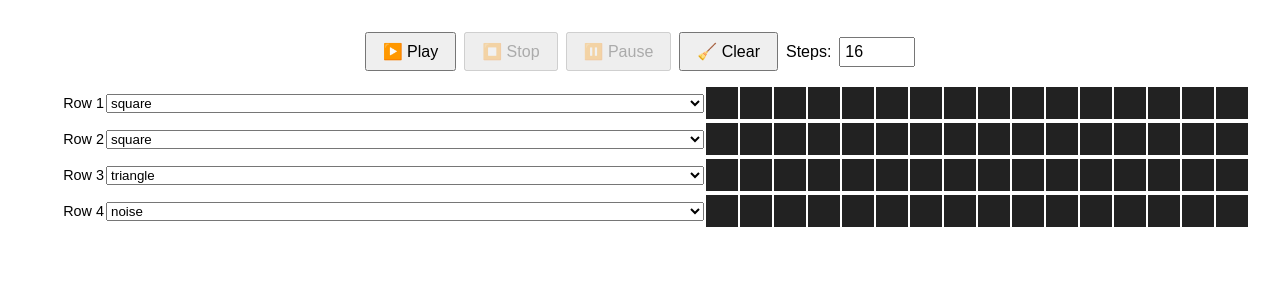
Repository: Aldentec/8-bit-Composer
Page: index.html
The author's editor kept a copy of each file at every save. The page is drawn from the files as they stood at one save, then again after the next save.
The browser window is 1280 px wide. The pictures show the whole page.
Some web libraries are served in a nearby version.

Above is the page before, as saved 2025-05-28 08:58:57.

### index.html
<!DOCTYPE html>
<html lang="en">
<head>
  <meta charset="UTF-8">
  <title>Modular 8-Bit Sequencer</title>
  <link rel="stylesheet" href="style.css">
</head>
<body>
    <div id="controls">
        <button id="play">▶️ Play</button>
        <button id="stop">⏹️ Stop</button>
        <button id="pause">⏸️ Pause</button>
        <button id="clear">🧹 Clear</button>

        <label for="steps-input">Steps:</label>
        <input id="steps-input" type="number" min="1" value="16" style="width:4rem;">
    </div>


  <div id="grid"></div>

  <!-- Tone.js as global, then our modules -->
  <script src="node_modules/tone/build/Tone.js"></script>
  <script type="module" src="js/main.js"></script>
</body>
</html>

### style.css
body {
  font-family: sans-serif;
  margin: 2rem;
  text-align: center;
}

#grid {
  display: flex;
  flex-direction: column;
  gap: 4px;
  margin-top: 1rem;

  /* enable horizontal scrolling when rows get wider than the viewport */
  overflow-x: auto;
  padding-bottom: 0.5rem;
}


/* 2) Each row is itself a grid: [label][cell×16] */
.grid-row {
  display: grid;
  grid-template-columns: 4.5rem repeat(16, 2rem);
  gap: 2px;
  align-items: center;
}

/* 3) Label column styling */
.row-label {
  text-align: right;
  font-size: 0.9rem;
  user-select: none;
}

/* 4) Your cell styles */
.cell {
  width: 2rem;
  height: 2rem;
  background: #222;
  cursor: pointer;
}
.cell.active {
  background: #4caf50;
}

#controls {
  display: flex;
  gap: 0.5rem;
  justify-content: center;
  align-items: center;
  margin-bottom: 1rem;
}
#controls button {
  padding: 0.5rem 1rem;
  font-size: 1rem;
}
#controls input[type="number"] {
  padding: 0.25rem;
  font-size: 1rem;
}

### js/main.js
import { initGrid, clearGrid }            from './grid.js';
import { createVoices }                   from './voices.js';
import { initSequencer }                  from './sequencer.js';

document.addEventListener('DOMContentLoaded', () => {
  const instrumentNames = ['square','square','triangle','noise'];

  // Control elements
  const playBtn   = document.getElementById('play');
  const pauseBtn  = document.getElementById('pause');
  const stopBtn   = document.getElementById('stop');
  const clearBtn  = document.getElementById('clear');
  const stepsIn   = document.getElementById('steps-input');

  let voices;  // will hold our trigger fns

  // Build or rebuild everything
  function build(steps) {
    // 1) Draw grid
    initGrid('grid', instrumentNames, steps);

    // 2) Build voices
    voices = createVoices();

    // 3) Cancel previous schedules & reset
    Tone.Transport.stop();
    Tone.Transport.cancel();
    Tone.Transport.position = 0;

    // 4) Init sequencer
    initSequencer(voices, /* bpm= */120);

    // 5) Reset button states
    playBtn.disabled = false;
    pauseBtn.disabled = true;
    stopBtn.disabled  = true;
  }

  // Initial build at default steps
  build(Number(stepsIn.value));

  // ▶️ Play: always start from beginning
  playBtn.addEventListener('click', async () => {
    await Tone.start();
    Tone.Transport.stop();
    Tone.Transport.position = 0;
    Tone.Transport.start();

    playBtn.disabled  = true;
    pauseBtn.disabled = false;
    stopBtn.disabled  = false;
  });

  // ⏸️ Pause: freeze at current position
  pauseBtn.addEventListener('click', () => {
    Tone.Transport.pause();

    playBtn.disabled  = false; // allow resume from start
    pauseBtn.disabled = true;
    stopBtn.disabled  = false;
  });

  // ⏹️ Stop: stop & reset to 0
  stopBtn.addEventListener('click', () => {
    Tone.Transport.stop();
    Tone.Transport.position = 0;

    playBtn.disabled  = false;
    pauseBtn.disabled = true;
    stopBtn.disabled  = true;
  });

  // 🧹 Clear: reset grid and playhead
  clearBtn.addEventListener('click', () => {
    clearGrid();
    Tone.Transport.stop();
    Tone.Transport.position = 0;

    playBtn.disabled  = false;
    pauseBtn.disabled = true;
    stopBtn.disabled  = true;
  });

  // 🔢 Steps input: rebuild on change
  stepsIn.addEventListener('change', () => {
    const s = Math.max(1, Number(stepsIn.value) || 1);
    build(s);
  });
});

### js/grid.js
// js/grid.js

// Sequencer dimensions and state (will be set in initGrid)
export let STEPS    = 16;
export let CHANNELS = 0;
export let gridState = [];

// Available instrument types
const SOUND_OPTIONS = [
  'square',
  'triangle',
  'noise',
  'drum-kick',
  'drum-snare'
];

/**
 * Renders a labeled, selectable, scrollable sequencer grid.
 *
 * @param {string} containerId       id of the <div> to fill
 * @param {string[]} instrumentNames initial instrument type per row
 * @param {number} steps             number of columns (length of your song)
 */
export function initGrid(containerId, instrumentNames = [], steps = 16) {
  CHANNELS = instrumentNames.length;
  STEPS    = steps;

  // rebuild the on/off state
  gridState = Array.from(
    { length: CHANNELS },
    () => Array(STEPS).fill(false)
  );

  const container = document.getElementById(containerId);
  container.innerHTML = '';

  instrumentNames.forEach((initialType, row) => {
    // wrapper for label + dropdown + cells
    const rowEl = document.createElement('div');
    rowEl.className = 'grid-row';
    // layout: label (4.5rem) + dropdown (auto) + STEPS * 2rem
    rowEl.style.gridTemplateColumns = `4.5rem auto repeat(${STEPS}, 2rem)`;

    // 1) Instrument label
    const label = document.createElement('div');
    label.className = 'row-label';
    label.textContent = `Row ${row + 1}`;
    rowEl.append(label);

    // 2) Dropdown to select instrument
    const select = document.createElement('select');
    select.className = 'instrument-select';
    SOUND_OPTIONS.forEach(type => {
      const option = document.createElement('option');
      option.value = type;
      option.textContent = type;
      if (type === initialType) option.selected = true;
      select.append(option);
    });
    select.addEventListener('change', e => {
      const newType = e.target.value;
      // notify other parts of the app that this row’s instrument changed
      document.dispatchEvent(new CustomEvent('instrumentChanged', {
        detail: { row, type: newType }
      }));
    });
    rowEl.append(select);

    // 3) Sequencer cells
    for (let step = 0; step < STEPS; step++) {
      const cell = document.createElement('div');
      cell.className = 'cell';
      cell.dataset.row  = row;
      cell.dataset.step = step;
      cell.addEventListener('click', () => {
        gridState[row][step] = !gridState[row][step];
        cell.classList.toggle('active', gridState[row][step]);
      });
      rowEl.append(cell);
    }

    container.append(rowEl);
  });
}

/**
 * Clears all active steps in both state and UI.
 */
export function clearGrid() {
  gridState.forEach(rowArr => rowArr.fill(false));
  document.querySelectorAll('.cell.active')
          .forEach(cell => cell.classList.remove('active'));
}

### js/voices.js
/**
 * Returns an array of trigger-functions
 * in the same order as your rows.
 */
export function createVoices() {
  const osc1 = new Tone.Oscillator(440, 'square').toDestination();
  const osc2 = new Tone.Oscillator(330, 'square').toDestination();
  const osc3 = new Tone.Oscillator(220, 'triangle').toDestination();
  const noise = new Tone.NoiseSynth({
    noise:    { type: 'white' },
    envelope: { attack: 0.001, decay: 0.2, sustain: 0 }
  }).toDestination();

  return [
    time => { osc1.start(time); osc1.stop(time + 0.1); },
    time => { osc2.start(time); osc2.stop(time + 0.1); },
    time => { osc3.start(time); osc3.stop(time + 0.1); },
    time => { noise.triggerAttackRelease('16n', time); }
  ];
}

### js/sequencer.js
import { STEPS, gridState } from './grid.js';

export function initSequencer(voices, bpm = 120) {
  let cursor = 0;
  Tone.Transport.bpm.value = bpm;

  Tone.Transport.scheduleRepeat((time) => {
    const step = cursor % STEPS;
    voices.forEach((trigger, row) => {
      if (gridState[row][step]) trigger(time);
    });
    cursor++;
  }, '16n');
}

export function bindPlayButton(buttonId) {
  const btn = document.getElementById(buttonId);
  btn.textContent = '▶️ Play';
  btn.addEventListener('click', async () => {
    await Tone.start();
    if (Tone.Transport.state === 'started') {
      Tone.Transport.stop();
      btn.textContent = '▶️ Play';
    } else {
      Tone.Transport.start();
      btn.textContent = '⏸️ Pause';
    }
  });
}

After the next save:
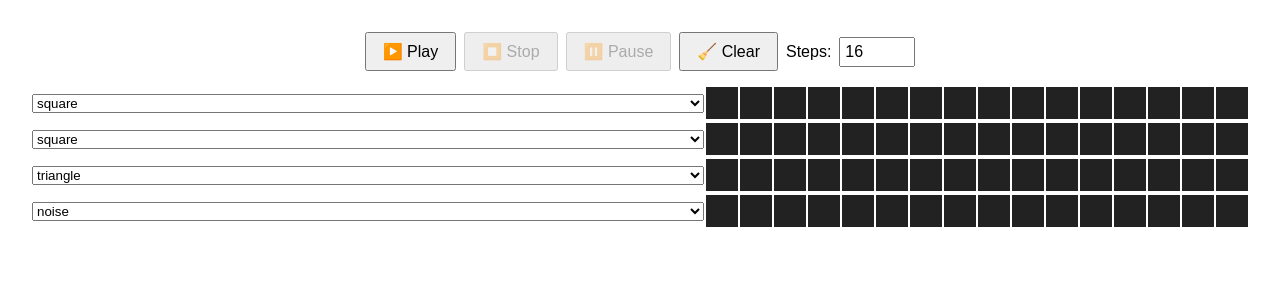
Saved 115 s later.
--- a/js/grid.js
+++ b/js/grid.js
@@ -1,28 +1,19 @@
 // js/grid.js
 
-// Sequencer dimensions and state (will be set in initGrid)
+// Sequencer dimensions and state (set in initGrid)
 export let STEPS    = 16;
 export let CHANNELS = 0;
 export let gridState = [];
 
-// Available instrument types
-const SOUND_OPTIONS = [
-  'square',
-  'triangle',
-  'noise',
-  'drum-kick',
-  'drum-snare'
-];
-
 /**
- * Renders a labeled, selectable, scrollable sequencer grid.
+ * Renders a scrollable sequencer grid with a dropdown per row.
  *
  * @param {string} containerId       id of the <div> to fill
- * @param {string[]} instrumentNames initial instrument type per row
- * @param {number} steps             number of columns (length of your song)
+ * @param {string[]} instrumentTypes initial instrument type per row
+ * @param {number} steps             number of columns
  */
-export function initGrid(containerId, instrumentNames = [], steps = 16) {
-  CHANNELS = instrumentNames.length;
+export function initGrid(containerId, instrumentTypes = [], steps = 16) {
+  CHANNELS = instrumentTypes.length;
   STEPS    = steps;
 
   // rebuild the on/off state
@@ -34,39 +25,30 @@ export function initGrid(containerId, instrumentNames = [], steps = 16) {
   const container = document.getElementById(containerId);
   container.innerHTML = '';
 
-  instrumentNames.forEach((initialType, row) => {
-    // wrapper for label + dropdown + cells
+  instrumentTypes.forEach((initialType, row) => {
     const rowEl = document.createElement('div');
     rowEl.className = 'grid-row';
-    // layout: label (4.5rem) + dropdown (auto) + STEPS * 2rem
-    rowEl.style.gridTemplateColumns = `4.5rem auto repeat(${STEPS}, 2rem)`;
+    // configure columns: dropdown + STEPS cells
+    rowEl.style.gridTemplateColumns = `auto repeat(${STEPS}, 2rem)`;
 
-    // 1) Instrument label
-    const label = document.createElement('div');
-    label.className = 'row-label';
-    label.textContent = `Row ${row + 1}`;
-    rowEl.append(label);
-
-    // 2) Dropdown to select instrument
+    // 1) Dropdown to select instrument
     const select = document.createElement('select');
     select.className = 'instrument-select';
-    SOUND_OPTIONS.forEach(type => {
-      const option = document.createElement('option');
-      option.value = type;
-      option.textContent = type;
-      if (type === initialType) option.selected = true;
-      select.append(option);
+    ['square','triangle','noise','drum-kick','drum-snare'].forEach(type => {
+      const opt = document.createElement('option');
+      opt.value = type;
+      opt.textContent = type;
+      if (type === initialType) opt.selected = true;
+      select.append(opt);
     });
     select.addEventListener('change', e => {
-      const newType = e.target.value;
-      // notify other parts of the app that this row’s instrument changed
       document.dispatchEvent(new CustomEvent('instrumentChanged', {
-        detail: { row, type: newType }
+        detail: { row, type: e.target.value }
       }));
     });
     rowEl.append(select);
 
-    // 3) Sequencer cells
+    // 2) Sequencer step-cells
     for (let step = 0; step < STEPS; step++) {
       const cell = document.createElement('div');
       cell.className = 'cell';
